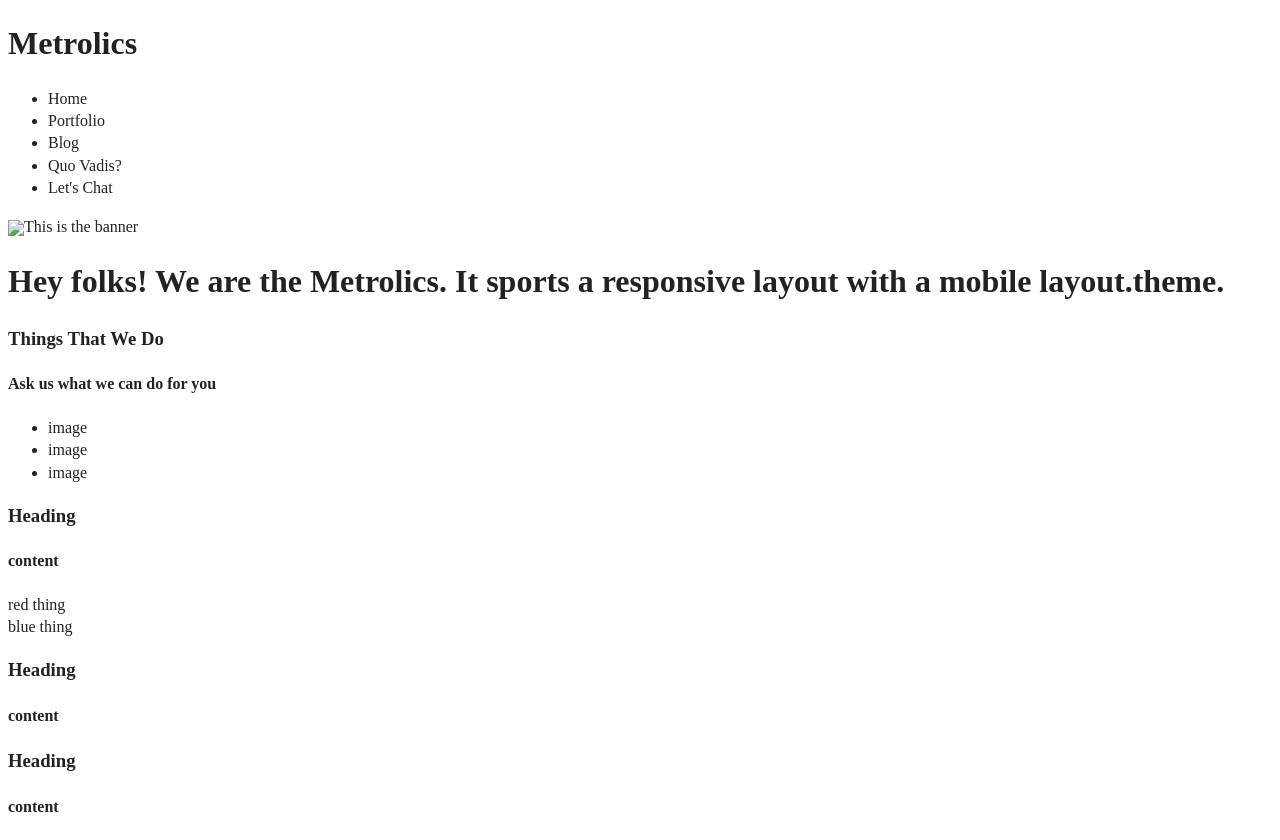
Repository: shxxw88/lab02
Page: index.html
These files come from the project's save history. The page is drawn as it stood at one moment and after the next save; the edit follows.
The browser window is 1280 px wide. The pictures show the whole page.

Above is the page before, as saved 2025-01-21 12:16:16.

After the next save:
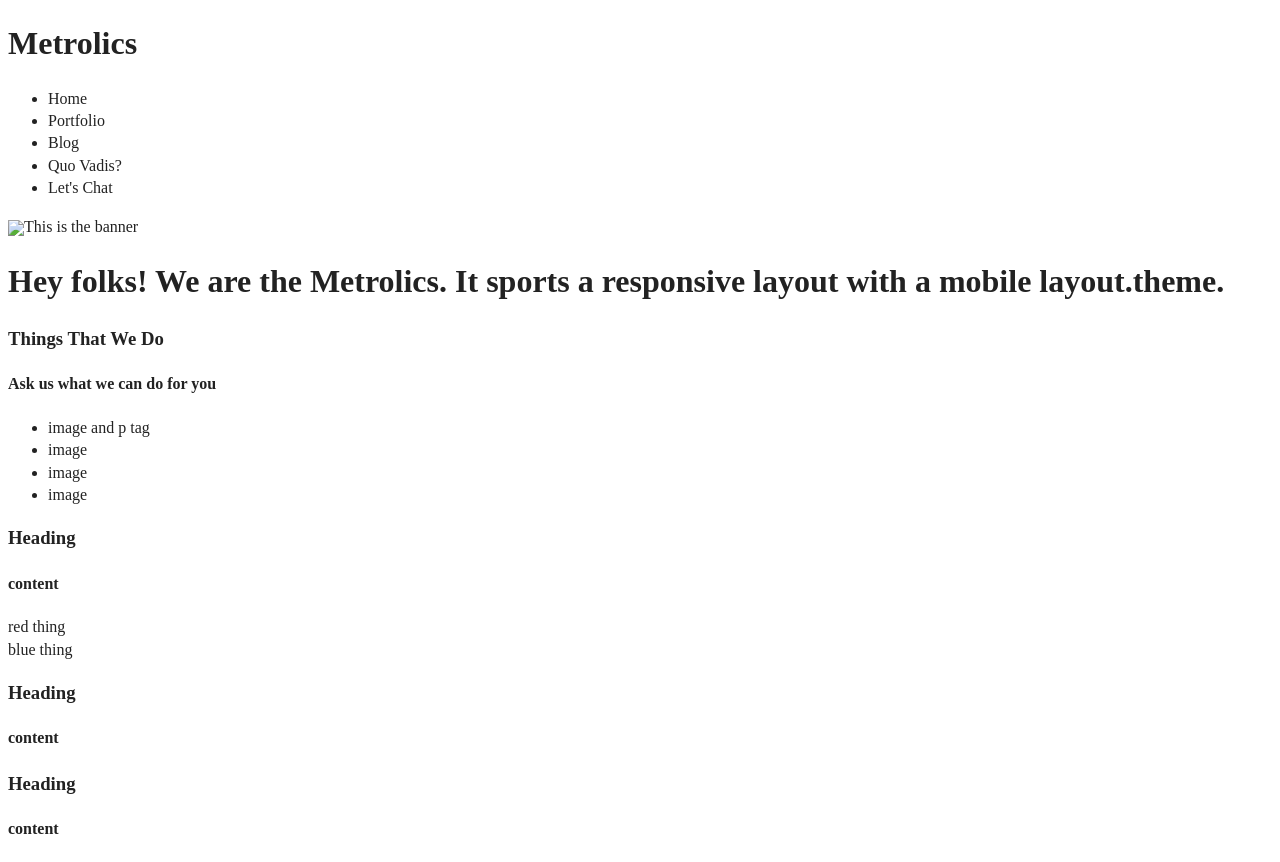
Saved 2 min 8 s later.
--- a/index.html
+++ b/index.html
@@ -54,6 +54,7 @@
         <h4>Ask us what we can do for you</h4>
         <div id="">
             <ul>
+                <li> image and p tag </li>
                 <li>image </li>
                 <li>image </li>
                 <li>image </li>
